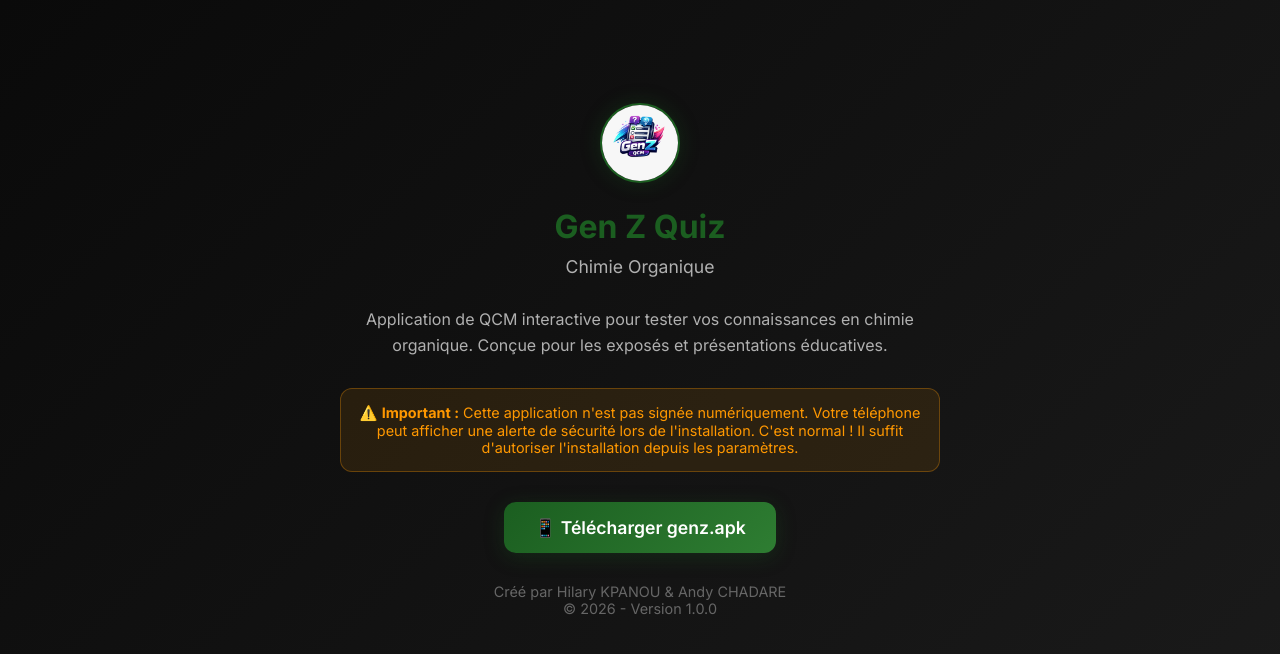
Repository: Deogratiasdev/gen-z
Page: index.html
The author's editor kept a copy of each file at every save. The page is drawn from the files as they stood at one save, then again after the next save.
The browser window is 1280 px wide. The pictures show the whole page.

Above is the page before, as saved 2026-04-24 16:08:53.

After the next save:
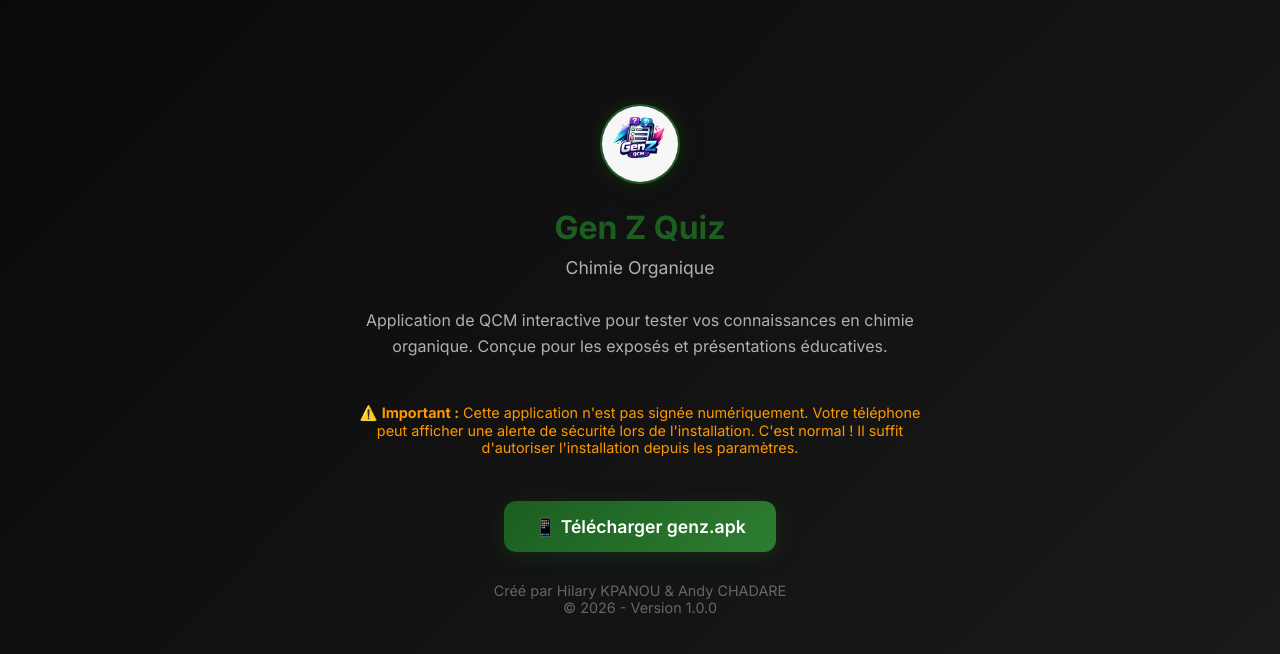
Saved 98 s later.
--- a/index.html
+++ b/index.html
@@ -58,9 +58,6 @@
         }
 
         .warning {
-            background: rgba(255, 152, 0, 0.1);
-            border: 1px solid rgba(255, 152, 0, 0.3);
-            border-radius: 12px;
             padding: 15px;
             margin-bottom: 30px;
             font-size: 0.9rem;
